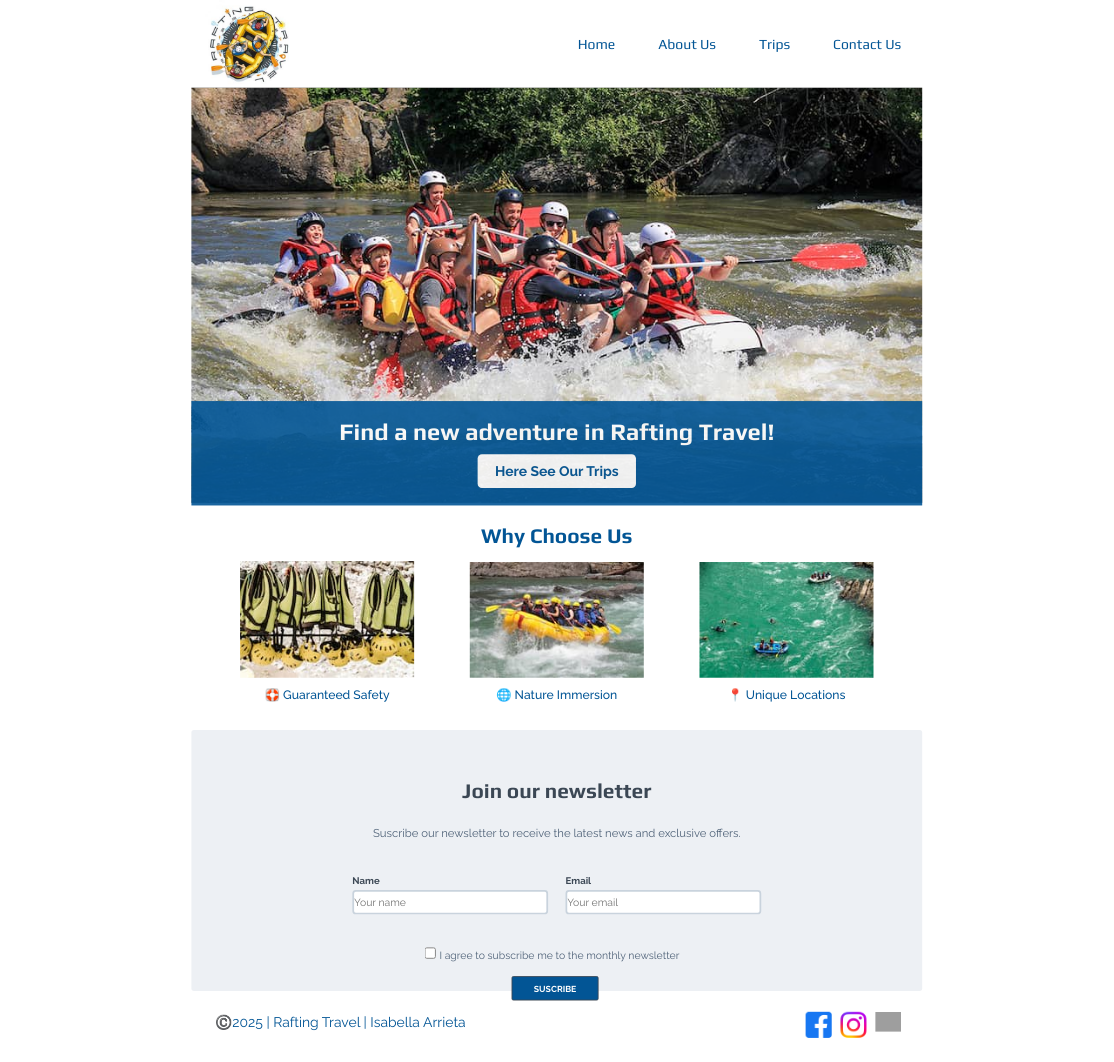
Repository: isaAJ05/wdd130
Page: wwr/index.html
The author's editor kept a copy of each file at every save. The page is drawn from the files as they stood at one save, then again after a run of saves.
The browser window is 1280 px wide. The pictures show the whole page, at 87% of full size.
Pictures or frames that could not be fetched are drawn as grey boxes.

Above is the page before, as saved 2025-06-16 21:45:18.

### wwr/index.html
<!DOCTYPE html>
<html lang="en">
<head>
    <meta charset="UTF-8">
    <meta name="viewport" content="width=device-width, initial-scale=1.0">
    <title>Home-Rafting Travel</title>
    <meta name="description" content="Main page: Rafting Travel">
    <meta name="author" content="Isabella Arrieta">
    <link rel="stylesheet" href="styles/rafting.css">
    <link rel="preconnect" href="https://fonts.googleapis.com">
    <link rel="preconnect" href="https://fonts.gstatic.com" crossorigin>
    <link href="https://fonts.googleapis.com/css2?family=Play:wght@400;700&family=Raleway:ital,wght@0,100..900;1,100..900&display=swap" rel="stylesheet">
</head>
<body>
    <header>
        <img src ="images/z-raftingcompas.jpg" alt="Rafting Company Logo">
    <nav>
        <a href="index.html">Home</a>
        <a href="about.html">About Us</a>
        <a href="trips.html">Trips</a>
        <a href="contact.html">Contact Us</a>
    </nav>
    </header>
    <main>
        <div class="hero">
            <img src="images/rafting10_1024.jpg" alt="Rafting">
            <div class="hero-text">
            <h1>Find a new adventure in Rafting Travel!</h1>
            <a href="trips.html" class="btn">Here See Our Trips</a>
            </div>
        </div>
        <section class="more-info">
            <h2>Why Choose Us</h2>
            <figure>
                <img src="images/pexels-pavel-danilyuk-9065475.jpg" alt="">
                <figcaption>🛟 Guaranteed Safety</figcaption>
            </figure>
            <figure>
                <img src="images/pexels-walter-rock-242489429-12328763.jpg" alt="">
                <figcaption>🌐 Nature Immersion</figcaption>
            </figure>
            <figure>
                <img src="images/pexels-abhay-yadav-382866156-17779616.jpg" alt="">
                <figcaption>📍 Unique Locations</figcaption>
            </figure>
        </section>
        <div class="rectangle-7">
        <h2>Join our newsletter</h2>
        <p>Suscribe our newsletter to receive the latest news and exclusive offers.</p>
    <form>
        <div class="row">
            <div class="form-title">
                <label for="fullname">Name</label>
                <input type="text" id="fullname" name="fullname" placeholder="Your name">
            </div>
            <div class="form-title">
                <label for="useremail">Email</label>
                <input type="email" id="useremail" name="useremail" placeholder="Your email">
            </div>

        </div>

        <div class="check">
            <input type="checkbox" id="subscribe" name="subscribe">
            <label for="subscribe">I agree to subscribe me to the monthly newsletter</label>
        </div>
        <div class="send">
            <button type="submit">SUSCRIBE</button>
        </div>
        </form>
    </div>
        </main>
    <footer>
        <p>©️2025 | Rafting Travel | Isabella Arrieta</p>
        <nav class="socialmedia">
            <a href="https://www.facebook.com/">
                <img src="images/facebook.webp" alt="Facebook" width="30">
            </a>
            <a href="https://www.instagram.com/">
                <img src="images/instagram.webp" alt="Instagram" width="30">
            </a>
            <a href="https://x.com/home">
                <img src="images/x.webp" alt="X" width="30">
            </a>
        </nav>
    </footer>
</body>
</html>

### wwr/styles/rafting.css
:root {
    --primary-color: #FC9F1C;
    --secondary-color: #FFE77C;
    --accent1-color: #025595;
    --accent2-color: #A6DEF6;
    --heading-font: "Play", sans-serif;
    --body-font: "Raleway", sans-serif;
}

header {
    margin: 1rem auto;
    background-color: #fff;
    color: var(--secondary-color);
    display: grid;
	grid-template-columns: 1fr 1fr;
    align-items: center;
    border-bottom: 1px solid #ccc;

}
header img {
    width: 100px;
    height: auto;
    margin-left: 16px;
}
*{
    margin: 0;
    padding: 0;
    box-sizing: border-box;
}
body {
    font-family: var(--body-font);
    color: var(--accent1-color);
}
 header, main, footer {
    width: 840px;
    margin: 0 auto;
}
h1, h2{
    font-family: var(--heading-font);
    color: var(--accent1-color);
}
p, section, article{
    margin: 16px;
    padding: 8px;
}
.History {
    display: grid;
	grid-template-columns: 1fr 1fr 1fr;
    align-items: center;
    grid-gap: 1px;
}
.History h2{
    grid-column: 1/4;
    text-align: center;

}
.History img{
    width: 100%;
    height: auto;
}
.Adventure {
    display: grid;
    grid-template-columns: 1fr 1fr 1fr 1fr 1fr;
    align-items: center;
    grid-gap: 15px;
}
.Adventure h2{
    grid-column: 1/6;
    text-align: center;
}
.Adventure img{
    width: 100%;
    height: auto;
}
figcaption {
    text-align: center;
}
nav {
    margin: 16px;
    padding: 8px;
    display: flex;
    justify-content: space-between;
	flex: 1 1 auto;

}
nav a {
    text-decoration: none;
    font-family: var(--heading-font);
    color: var(--accent1-color);
}
nav a:hover {
    color: var(--primary-color);
    text-decoration: underline;
}

.socialmedia a{
    text-decoration: none;
}
.socialmedia {
    justify-content: right;
    gap: 10px;
}

.herodiv{
    position: relative;
    margin: 1em auto;

}

.herodiv img{
    display: block;
    width: 100%;
    height: auto;
}

.herodiv h1{
    position: absolute;
    top: 20px;
    width: 100%;
    padding: 16px;
    text-align: center;
    opacity: 0.9;
    background-color: var(--accent1-color);
    color: #ffffff;

}

.herodiv article{
    position: absolute;
    top: 150px;
    left: 5px;
    width: 800px;
    opacity: 0.9;
    background-color: var(--accent1-color);
    color: #ffffff;
}
.herodiv article img{
    float: right;
    width: 230px;
    padding: 8px;
}
footer {
    display: flex;

}
footer p {
    margin: 19px;
    padding: 8px;

}
.rectangle-3 {
	width: 840px;
	height: 159px;
	padding: 8px 8px 8px 8px;
	background:var(--accent1-color);
    margin: 0 auto;
    display: flex;
    flex-direction: column;
    align-items: center;
    justify-content: center;
	border-radius: 3px 3px 3px 3px;

}
.rectangle-3 .header-3 {
    width: 463px;
	height: 36px;
	color: #FFFFFF;
	font-family: var(--heading-font);
	font-weight: 700;
	font-size: 30px;
	line-height: 1.2;
	text-align: center;
}
.we-love-questions-and-feedback-and-we-re-always- {
	width: 418px;
	height: 44px;
	color: #FFFFFF;
	font-family: var(--body-font);
	font-weight: 400;
	font-size: 13px;
	line-height: 1.4;
	text-align: center;
}
.rectangle-4 {
	width: 840px;
	height: 348px;
	background: #FFFFFF;
	border-radius: 3px 3px 3px 3px;
    display: flex;
    align-items: flex-start;
}
.column-text{
    flex:1;
    padding: 20px;
    align-items: center;
}
.column-text .block{
    flex:1;
}

.column-map {
    flex: 1;
    text-align: right;;
}

.column-map iframe {
	max-width: 463px;
	height: 348px;
	background: #00000000;

}


.header-14 {
	width: 223px;
	color: var(--accent1-color);
	font-family: var(--body-font);
	font-weight: 700;
	font-size: 24px;
	line-height: 1.2;
    text-align: left;
    margin-top: 34px;
}
.jackson-wyoming-ee-uu- {

    margin-top: 35px;
	color: var(--accent1-color);
	font-family: var(--body-font);
	font-weight: 600;
	font-size: 16px;
	line-height: 1.1;
	text-align: left;
    padding-left: 6px;
}


.address-phone-and-email {
    margin-top: 20px;
	color: var(--accent1-color);
	font-family: var(--body-font);
	font-weight: 400;
	font-size: 11px;
	line-height: 1.5;
	text-align: left;
}
.address-phone-and-email img {
	width: 18px;
	height: 18px;
}
.address-phone-and-email figure {
    display: flex;
    gap: 10px;
    margin: 0;
    margin-top: 10px;
}



.rectangle-5 {
	width: 840px;
	height: 240px;
    padding: 20px 20px 20px 20px;
	background: var(--accent1-color);
	border-radius: 3px 3px 3px 3px;
    display: grid;
    grid-template-columns: 1fr 1fr 1fr;
    align-items: center;
    justify-items: center;
}
.rectangle-5 img {
	width: 120px;
	height: 135px;
	background: #00000000;
}

.rectangle-5 figcaption {
	width: 111px;
	height: 15px;
	color: #FFFFFF;
	font-family: var(--body-font);
	font-weight: 500;
	font-size: 14px;
	line-height: 1.1;
	text-align: center;
}

.header-16 {
	width: 223px;
	height: 48px;
	color: #FFFFFF;
	font-family: var(--heading-font);
	font-weight: 700;
	font-size: 24px;
	line-height: 1.2;
	text-align: center;
    grid-column: 1/4;
    margin: 0 auto;
}

.rectangle-6 {
	width: 840px;
	height: 551px;
	padding: 8px 8px 8px 8px;
	background: #EDF0F4;
	border-radius: 3px 3px 3px 3px;
}
.rectangle-7 {
	width: 840px;
	height: 300px;
	padding: 8px 8px 8px 8px;
	background: #EDF0F4;
	border-radius: 3px 3px 3px 3px;
}
.rectangle-6 h2, .rectangle-7 h2 {
    margin-top: 48px;
	color: #3B4754;
	font-family: var(--heading-font);
	font-weight: 700;
	font-size: 24px;
	line-height: 1.2;
	text-align: center;
}

.rectangle-6 p, .rectangle-7 p {
	color: #4f6278;
	font-family: var(--body-font);
	font-weight: 400;
	font-size: 13px;
	line-height: 1.5;
	text-align: center;
}

.rectangle-6 .row, .rectangle-7 .row {
    display: flex;
    gap: 20px;
    align-items: center;
    justify-content: center;
    padding-top: 16px;
    padding-bottom: 16px;

}

.rectangle-6 .form-title, .rectangle-7 .form-title {
    display: flex;
    flex-direction: column;

}
.rectangle-6 .form-title label, .rectangle-7 .form-title label {
	width: 31px;
	height: 12px;
	color: #3B4754;
	font-family: var(--body-font);
	font-weight: 700;
	font-size: 11px;
	line-height: 1.1;
	text-align: left;
}
.rectangle-6 .form-title input, .rectangle-7 .form-title input {
	width: 225px;
	height: 28px;
	background: #FFFFFF;
	color: #9FAFC1;
	border-color: #C9D3DD;
	border-width: 2px;
	border-style: solid;
	border-radius: 4px 4px 4px 4px;
	font-family: var(--body-font);
	font-weight: 400;
	font-size: 12px;
	text-align: left;
    margin-top: 4px;
}
.rectangle-6 .title label, .rectangle-7 .title label {
	width: 31px;
	height: 12px;
	color: #3B4754;
	font-family: var(--body-font);
	font-weight: 700;
	font-size: 11px;
	line-height: 1.1;
	text-align: left;
    padding-left: 176px;
}
.radio{
    padding-left: 176px;

}

input[type="radio"]{
	background: #FFFFFF;
	border-color: #C9D3DD;
	border-width: 1.5px;
	border-style: solid;
}
.radio label {
    font-family: var(--body-font);
	font-weight: normal;
	font-size: 12px;
	text-align: left;
    color: #232323;
}
.rectangle-6 .textarea {
    display: flex;
    flex-direction: column;
    align-items: center;
    justify-content: center;
}
.rectangle-6 .textarea textarea {
    width: 469px;
	height: 99px;
	background: #FFFFFF;
	color: #000000;
	border-color: #C9D3DD;
	border-width: 2px;
	border-style: solid;
	border-radius: 4px 4px 4px 4px;
	font-family: var(--body-font);
	font-weight: 400;
	font-size: 12px;
	text-align: left;

}
.check {
    padding-left: 260px;
    padding-top: 20px;
    padding-bottom: 16px;
}
.check checkbox {
	width: 371px;
	height: 19px;
	background: #FFFFFF;
	border-color: #C9D3DD;
	border-width: 1.5px;
	border-style: solid;

}

.check label{
    font-family: var(--body-font);
	font-weight: normal;
	font-size: 12px;
	text-align: left;
	color: #4f6278;;
}
.send {
    padding-left: 360px;
}
.rectangle-6 button, .hero button, .rectangle-7 button {
	width: 100px;
	height: 28px;
	padding: 0px 10px 0px 10px;
	background: var(--accent1-color);
	color: #FFFFFF;
	border-color: #3B4754;
	border-width: 1px;
	border-style: solid;
	border-radius: 2px 2px 2px 2px;
	font-family: var(--body-font);
	font-weight: 700;
	font-size: 10px;
	text-align: center;

}
.rectangle-6 button:hover, .hero-text .btn:hover {
    background: var(--primary-color);
    color: #fff;
    cursor: pointer;
}
.hero {
	position: relative;
}
.hero img {
	width: 100%;
	display: block;
}
.hero-text {
	position: absolute;
	top: 360px;
	width: 100%;
	text-align: center;
	background-color: var(--accent1-color);
	padding: 20px;
	opacity: 0.9;
	color: #ffffff;
}

.hero-text h1 {
	font-size: 1.7rem;
	margin: 0;
	font-family: var(--heading-font);
	color: #ffffff;
}

.hero-text .btn {
	display: inline-block;
	margin-top: 10px;
	padding: 10px 20px;
	background-color: #ffffff;
	color: var(--accent1-color);
	text-decoration: none;
	border-radius: 5px;
	font-weight: bold;
}
.more-info {
    display: grid;
    grid-template-columns: 1fr 1fr 1fr;
    align-items: center;
    justify-items: center;

}

.more-info h2{
    grid-column: 1/4;
    text-align: center;
	margin-bottom: 16px;

}
.more-info img{
    width: 200px;
    height: auto;
}
.more-info figcaption{
	text-align: center;
	padding: 8px;
	font-family: var(--body-font);
	color: var(--accent1-color);
	font-weight: 500;
	font-size: 14px;
}

After the next 3 saves:
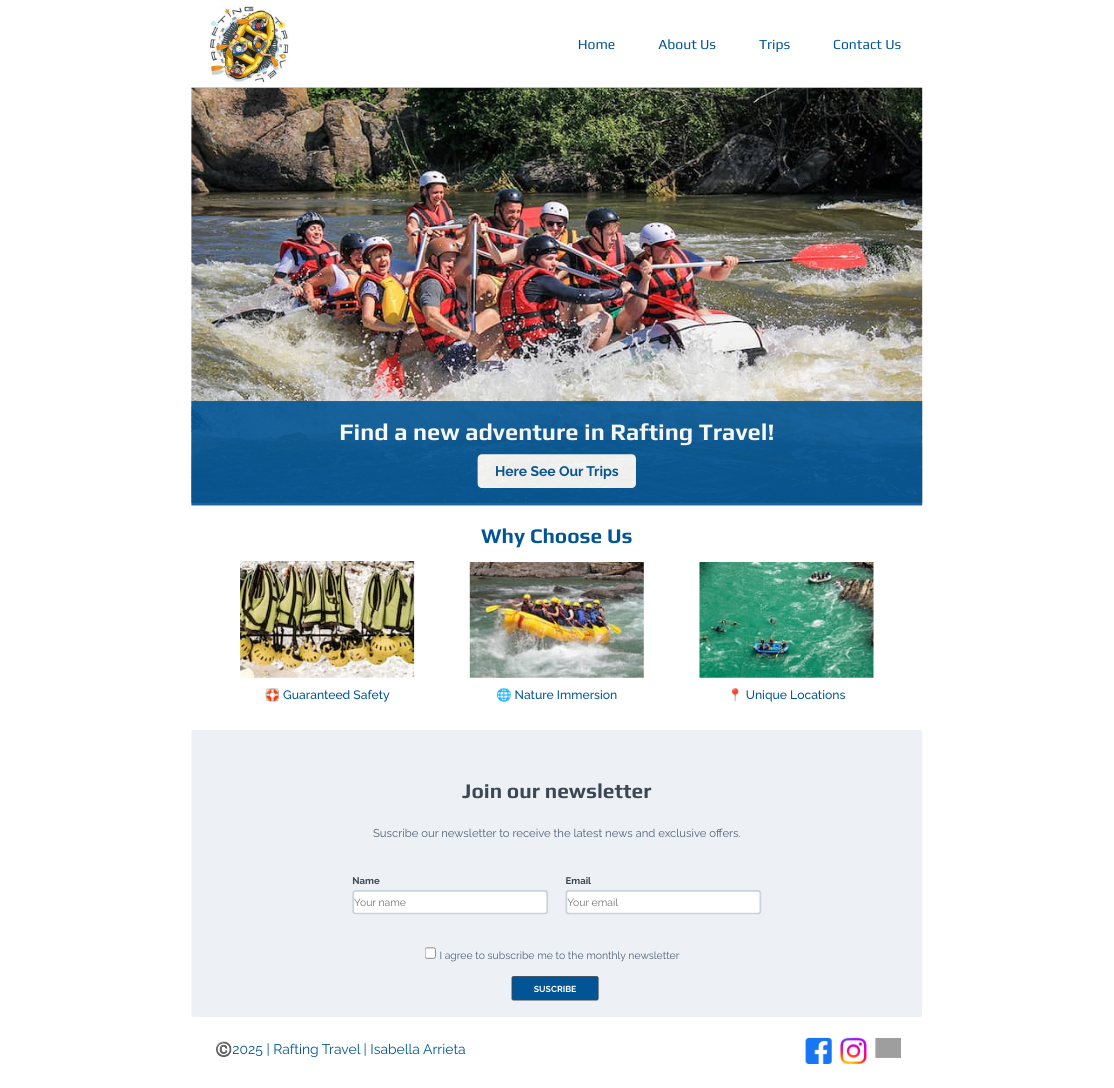
The 3 saves are shown as one change because they came seconds apart.
The last was saved 10 s later.
--- a/wwr/styles/rafting.css
+++ b/wwr/styles/rafting.css
@@ -306,7 +306,7 @@ footer p {
 }
 .rectangle-7 {
 	width: 840px;
-	height: 300px;
+	height: 330px;
 	padding: 8px 8px 8px 8px;
 	background: #EDF0F4;
 	border-radius: 3px 3px 3px 3px;
